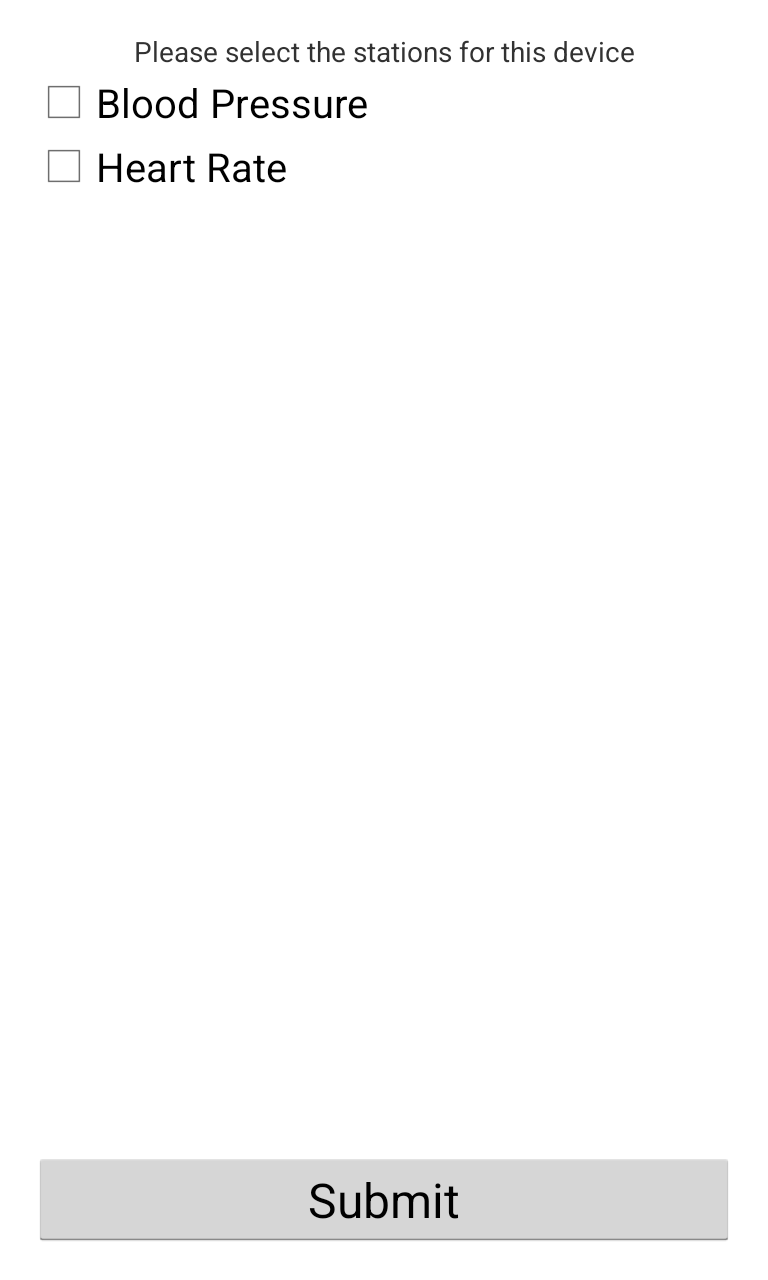
Repository: TigerCheck/TigerCheck
Layout: Android/TigerCheck/res/layout/activity_station_select.xml
These files come from the project's save history. The layout is drawn as it stood at one moment and after the next save; the edit follows.
It is drawn on a 768 x 1280 px phone screen (xhdpi) without system bars, with theme AppTheme; the app's code is not run.

Above is the layout before, as saved 2014-03-31 03:01:21.

### Android/TigerCheck/res/layout/activity_station_select.xml
<RelativeLayout xmlns:android="http://schemas.android.com/apk/res/android"
    xmlns:tools="http://schemas.android.com/tools"
    android:layout_width="fill_parent"
    android:layout_height="fill_parent"
    android:orientation="horizontal"
    android:paddingBottom="@dimen/activity_vertical_margin"
    android:paddingLeft="@dimen/activity_horizontal_margin"
    android:paddingRight="@dimen/activity_horizontal_margin"
    android:paddingTop="@dimen/activity_vertical_margin"
    tools:context=".StationSelect" >

    <TextView android:id="@+id/informationTextView"
        android:layout_width="fill_parent"
        android:layout_height="wrap_content"
        android:text="@string/station_select_message"
        android:layout_alignParentTop="true"
        android:gravity="center"
         />"

	<RelativeLayout android:id="@+id/LeftColumnCheckboxes"
	    android:layout_width="wrap_content"
	    android:layout_height="wrap_content"
	    android:layout_below="@+id/informationTextView" >

    	<CheckBox
        	android:id="@+id/checkbox_blood_pressure"
        	android:layout_width="wrap_content"
        	android:layout_height="wrap_content"
        	android:text="@string/checkbox_blood_pressure"
        	android:textSize="20sp"
        	android:onClick="onCheckboxClick"/>

    	<CheckBox
        	android:id="@+id/checkbox_heart_rate"
        	android:layout_width="wrap_content"
        	android:layout_height="wrap_content"
        	android:text="@string/checkbox_heart_rate"
        	android:textSize="20sp"
        	android:layout_below="@+id/checkbox_blood_pressure"
        	android:onClick="onCheckboxClick" />

    </RelativeLayout>

	<RelativeLayout android:id="@+id/RightColumnCheckboxes"
	    android:layout_width="wrap_content"
	    android:layout_height="wrap_content"
	    android:layout_toRightOf="@+id/LeftColumnCheckboxes" >




	</RelativeLayout>

    <Button
        android:layout_width="match_parent"
        android:layout_height="wrap_content"
        android:layout_alignParentBottom="true"
        android:gravity="center"
        android:onClick="submitButtonPress"
        android:text="@string/submit_button"
        android:textSize="24sp" />

</RelativeLayout>

### Android/TigerCheck/res/values/strings.xml
<?xml version="1.0" encoding="utf-8"?>
<resources>

    <!-- Messages -->
    <string name="app_name">TigerCheck</string>
    <string name="action_settings">Settings</string>
    <string name="hello_world">Hello world!</string>
    <string name="welcome_message">Welcome to TigerCheck</string>
    <string name="station_select_message">Please select the stations for this device</string>


    <!-- Buttons -->
    <string name="submit_button">Submit</string>
    <string name="continue_button">Continue</string>
    <string name="change_stations_button">Change Selected Stations</string>


    <!-- StationSelect checkbox options -->
    <string name="checkbox_blood_pressure">Blood Pressure</string>
    <string name="checkbox_heart_rate">Heart Rate</string>


    <!-- Titles -->
    <string name="title_activity_station_select">StationSelect</string>
    <string name="title_activity_main_station">MainStation</string>

</resources>

Loaded but not shown: Android/TigerCheck/res/values/styles.xml (common file); Android/TigerCheck/res/values-v11/styles.xml (common file); Android/TigerCheck/res/values-v14/styles.xml (common file); Android/TigerCheck/res/values/dimens.xml (common file)

After the next save:
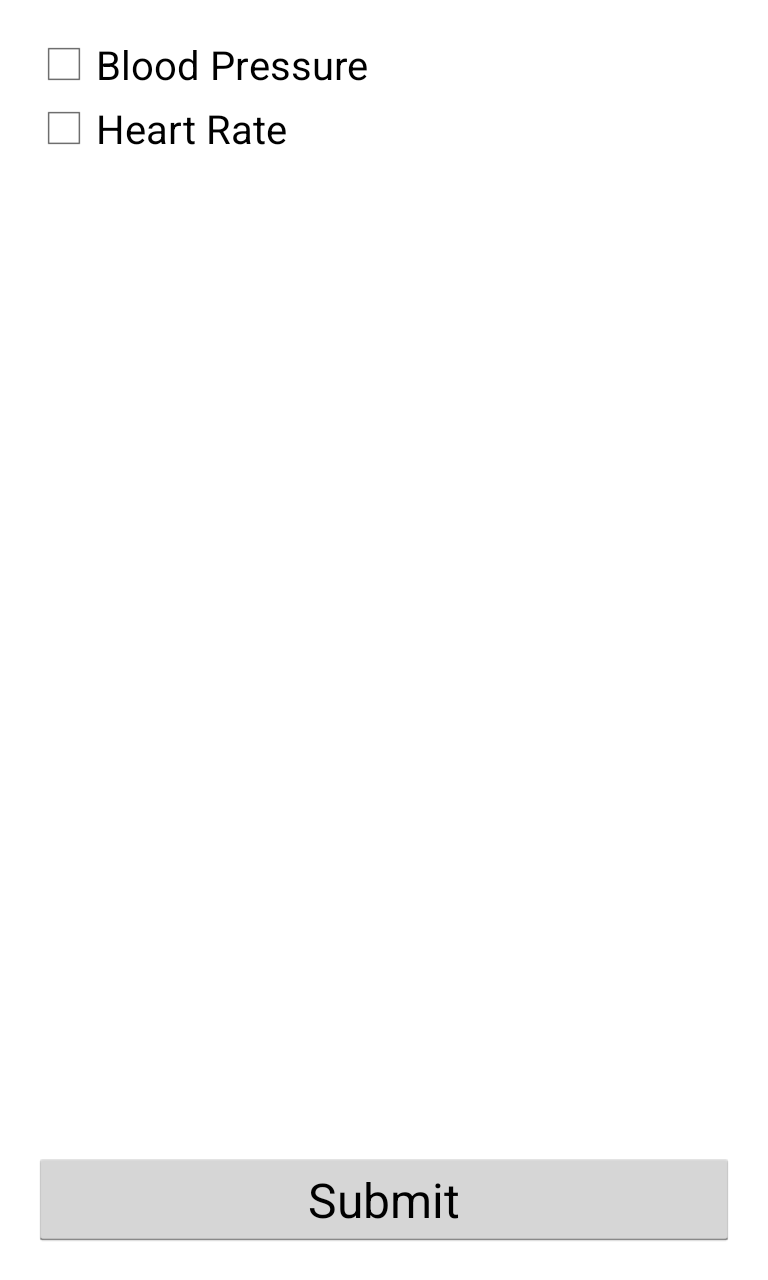
Saved 22 s later.
--- a/Android/TigerCheck/res/layout/activity_station_select.xml
+++ b/Android/TigerCheck/res/layout/activity_station_select.xml
@@ -9,13 +9,7 @@
     android:paddingTop="@dimen/activity_vertical_margin"
     tools:context=".StationSelect" >
 
-    <TextView android:id="@+id/informationTextView"
-        android:layout_width="fill_parent"
-        android:layout_height="wrap_content"
-        android:text="@string/station_select_message"
-        android:layout_alignParentTop="true"
-        android:gravity="center"
-         />"
+    "
 
 	<RelativeLayout android:id="@+id/LeftColumnCheckboxes"
 	    android:layout_width="wrap_content"
